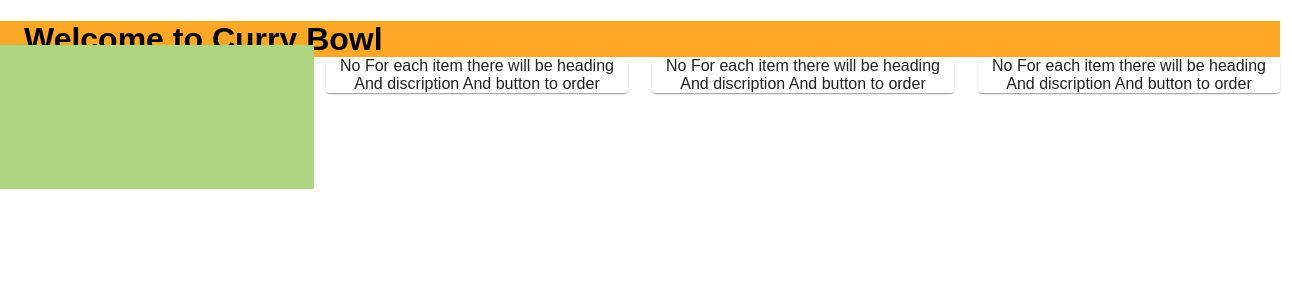
Repository: appikonda/food-order
Page: /
These files come from the project's save history. The page is drawn as it stood at one moment and after the next save; the edit follows.
The browser window is 1280 px wide. The page is 1292 px wide, so the pictures cover 1292 px, including what lies to the right of the window. The pictures show the whole page.
The project was rebuilt for these pictures with package versions that can differ from the ones it lists, and the page was loaded fresh each time. Also part of the build but not shown: webpack.config.js, src/App.css.

Above is the page before, as saved 2019-08-15 16:28:54.

After the next save:
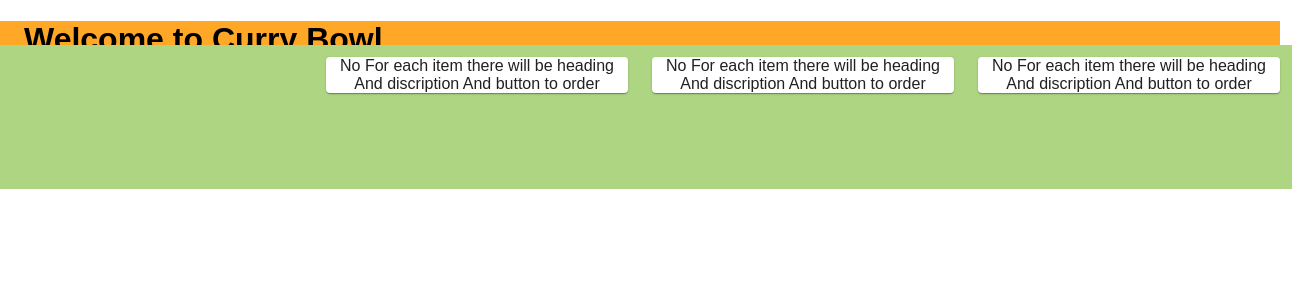
Saved 31 s later.
--- a/src/OrderFood.jsx
+++ b/src/OrderFood.jsx
@@ -44,10 +44,10 @@ renderGridOptions(){
   return (
     <div >
     <Grid container spacing={3}>
-     <Grid item xs={6} sm={3} style={{ backgroundColor: '#aed581', height: '20vh' }} >
+        <Grid item xs={6} sm={3} style={{ backgroundColor: '#aed581', height: '20vh' }} >
           <Paper style={{    textAlign: 'center',  color:'#212121' }}></Paper>
         </Grid>
-        <Grid item xs={6} sm={3}>
+        <Grid item xs={6} sm={3}  style={{ backgroundColor: '#aed581', height: '20vh' }}>
           <Paper style={{
       textAlign: 'center',
       color: '#212121'
@@ -56,14 +56,14 @@ renderGridOptions(){
   And discription
   And button to order</Paper>
         </Grid>
-        <Grid item xs={6} sm={3}>
+        <Grid item xs={6} sm={3}  style={{ backgroundColor: '#aed581', height: '20vh' }}>
           <Paper style={{  textAlign: 'center',  color: '#212121'  }}>
         No
   For each item there will be heading
   And discription
   And button to order</Paper>
         </Grid>
-        <Grid item xs={6} sm={3}>
+        <Grid item xs={6} sm={3}  style={{ backgroundColor: '#aed581', height: '20vh' }}>
           <Paper style={{
 
   textAlign: 'center',
